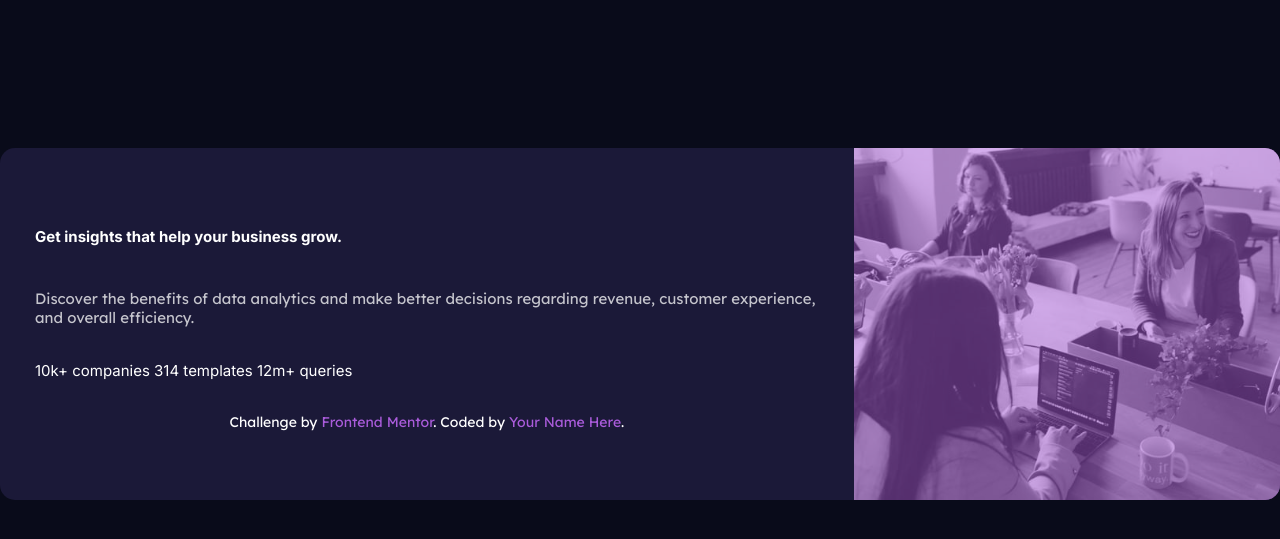
Repository: wasanmsn/Card_Challange
Page: index.html
These files come from the project's save history. The page is drawn as it stood at one moment and after the next save; the edit follows.
The browser window is 1280 px wide. The pictures show the whole page.

Above is the page before, as saved 2021-07-21 16:23:39.

After the next save:
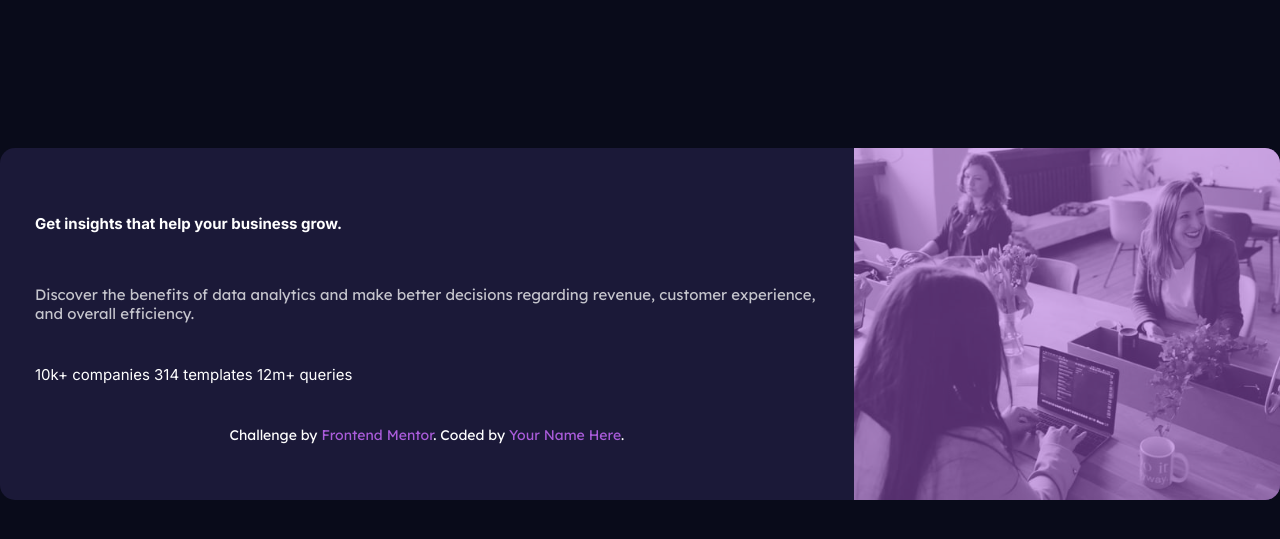
Saved 11 s later.
--- a/stylesheet.css
+++ b/stylesheet.css
@@ -25,7 +25,7 @@ body {
     /* Opera/IE 8+ */
     display: flex;
     flex-direction: column;
-    justify-content: space-evenly;
+    justify-content: space-around;
     height: 22rem;
 
     padding: 35px;
